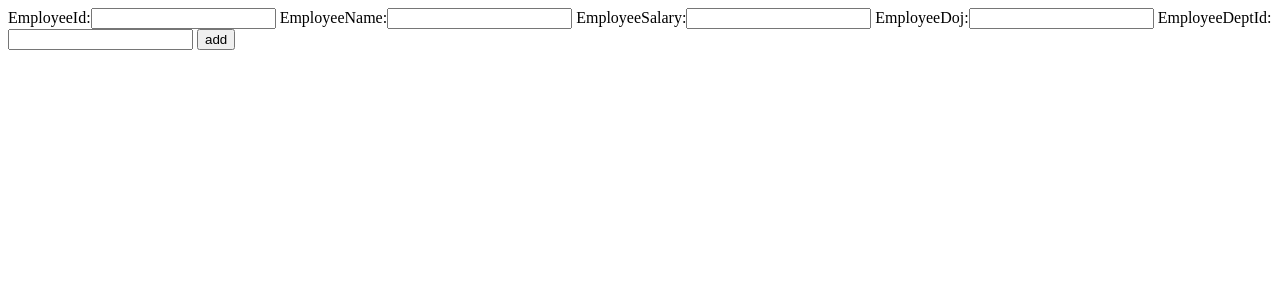
Repository: jayakumar721/projects
Page: WebFilter/WebContent/AddEmployee.html
The author's editor kept a copy of each file at every save. The page is drawn from the files as they stood at one save, then again after the next save.
The browser window is 1280 px wide. The pictures show the whole page.

Above is the page before, as saved 2017-11-21 05:49:57.

### WebFilter/WebContent/AddEmployee.html
<!DOCTYPE html>
<html>
<head>
<meta charset="UTF-8">
<title>Insert title here</title>
</head>
<body>

<form action = "EmployeeDetails" method = "post">
EmployeeId:<input type = "text" name = "id">
EmployeeName:<input type = "text" name = "name">
EmployeeSalary:<input type = "text" name = "salary">
EmployeeDoj:<input type = "text" name = "doj">
EmployeeDeptId:<input type = "text" name = "deptId">
<input type ="submit" value="add" name="operation">
</form>

</body>
</html>

After the next save:
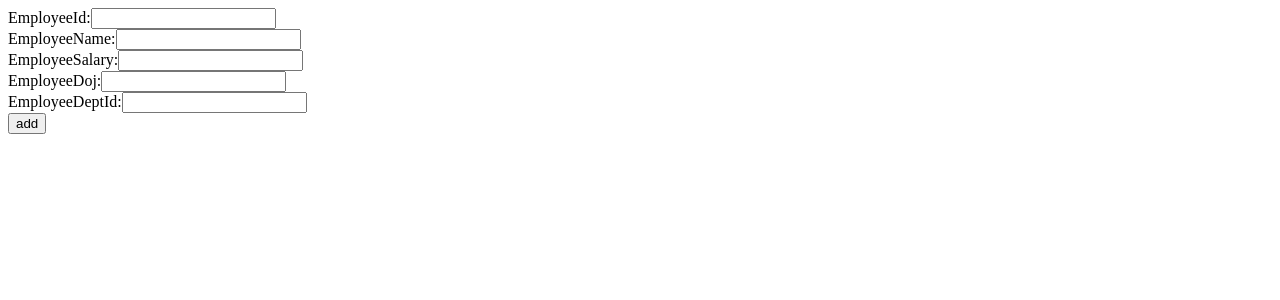
Saved 84 s later.
--- a/WebFilter/WebContent/AddEmployee.html
+++ b/WebFilter/WebContent/AddEmployee.html
@@ -7,11 +7,11 @@
 <body>
 
 <form action = "EmployeeDetails" method = "post">
-EmployeeId:<input type = "text" name = "id">
-EmployeeName:<input type = "text" name = "name">
-EmployeeSalary:<input type = "text" name = "salary">
-EmployeeDoj:<input type = "text" name = "doj">
-EmployeeDeptId:<input type = "text" name = "deptId">
+EmployeeId:<input type = "text" name = "id"><br>
+EmployeeName:<input type = "text" name = "name"><br>
+EmployeeSalary:<input type = "text" name = "salary"><br>
+EmployeeDoj:<input type = "text" name = "doj"><br>
+EmployeeDeptId:<input type = "text" name = "deptId"><br>
 <input type ="submit" value="add" name="operation">
 </form>
 
